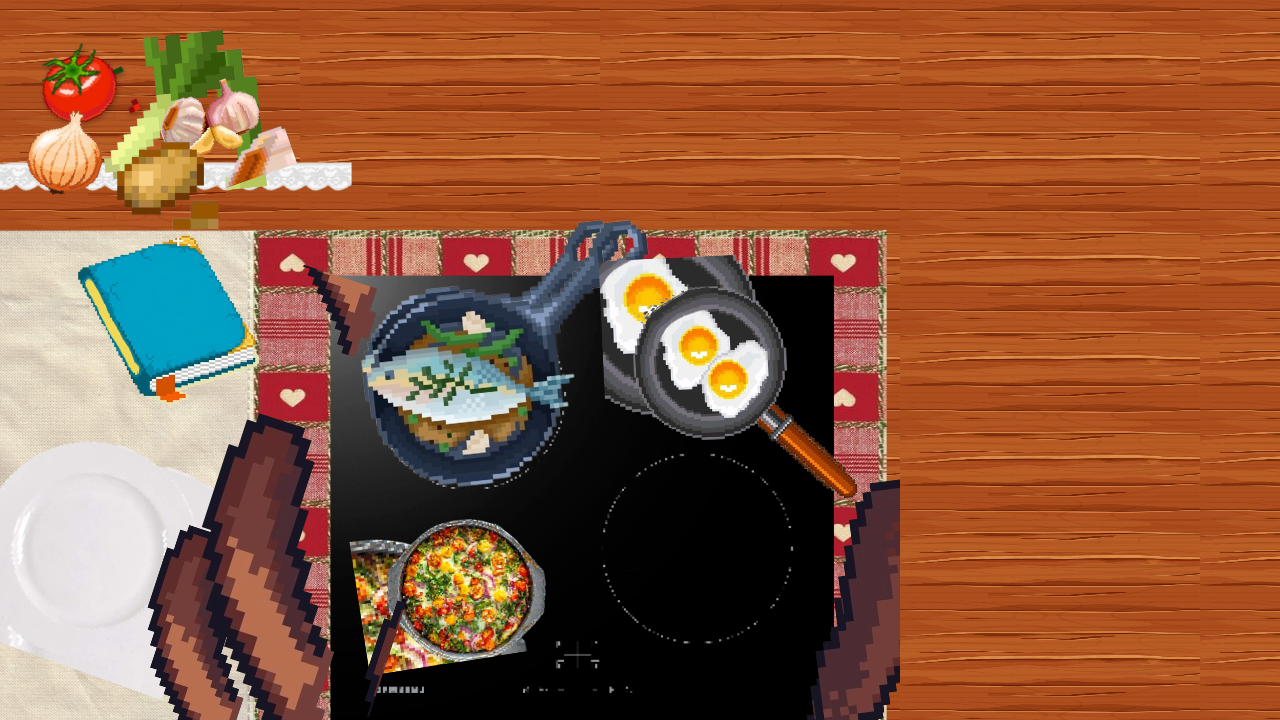
Repository: AJamdonuts/ToddyTalks
Page: playingaround2/pages/chefsujin.html
The author's editor kept a copy of each file at every save. The page is drawn from the files as they stood at one save, then again after the next save.
The browser window is 1280 px wide. The pictures show the whole page.

Above is the page before, as saved 2025-11-26 20:47:17.

After the next save:
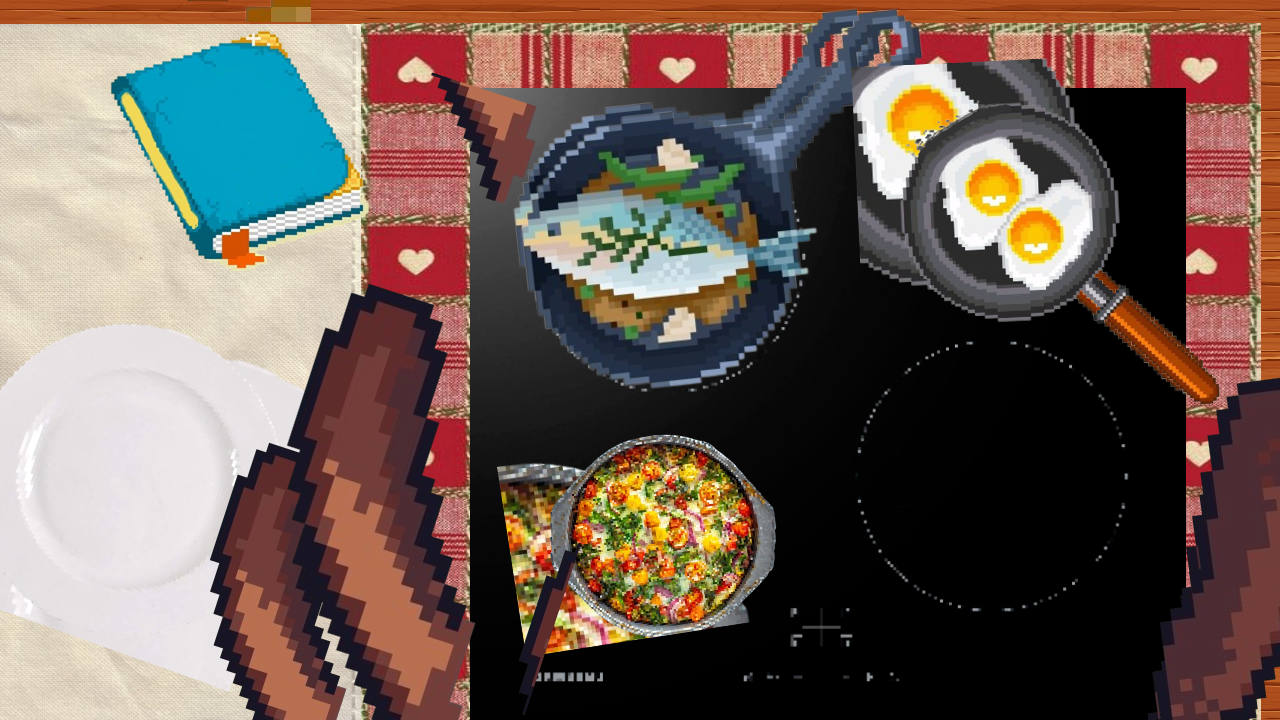
Saved 2 min 3 s later.
--- a/playingaround2/javascript/chefsujin.js
+++ b/playingaround2/javascript/chefsujin.js
@@ -1,26 +1,30 @@
 function calculateScaleFactor() {
-    // Define the original design dimensions
     const DESIGN_WIDTH = 1440;
     const DESIGN_HEIGHT = 1024;
 
-    // Get the current viewport dimensions
+    // *** NEW: Define the minimum scale factor allowed (e.g., 0.5 for 50%) ***
+    const MIN_SCALE = 1;
+
     const viewportWidth = window.innerWidth;
     const viewportHeight = window.innerHeight;
 
-    // Calculate the scale factor for both dimensions
+    // Calculate the scale factor based on current viewport size
     const widthScale = viewportWidth / DESIGN_WIDTH;
     const heightScale = viewportHeight / DESIGN_HEIGHT;
 
     // Use the smaller scale factor to ensure everything fits inside the window
-    const scaleFactor = Math.min(widthScale, heightScale);
+    let scaleFactor = Math.min(widthScale, heightScale);
 
     // Get the .canvas element
     const canvas = document.querySelector('.canvas');
 
-    // Apply the scale factor as a CSS variable
     if (canvas) {
-        // If the viewport is larger than the design max, don't scale up past 1
-        const finalScale = Math.min(scaleFactor, 1);
+        // Step 1: Prevent scaling up past 1 (full size)
+        scaleFactor = Math.min(scaleFactor, 1);
+
+        // *** Step 2: Ensure the scale factor does not drop below the minimum ***
+        const finalScale = Math.max(scaleFactor, MIN_SCALE);
+
         canvas.style.setProperty('--scale-factor', finalScale);
 
         // Additionally, set the fixed width/height so the centering works correctly
@@ -29,6 +33,5 @@ function calculateScaleFactor() {
     }
 }
 
-// Run on load and on every window resize
 window.addEventListener('resize', calculateScaleFactor);
 document.addEventListener('DOMContentLoaded', calculateScaleFactor);
